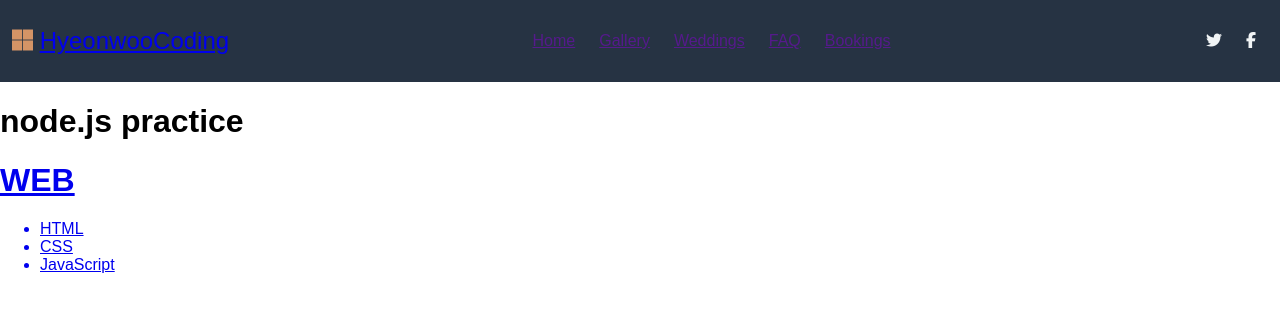
Repository: hhw12409/pracite-node.js
Page: http://localhost/
These files come from the project's save history. The page is drawn as it stood at one moment and after the next save; the edit follows.
The browser window is 1280 px wide. The pictures show the whole page.
Some web fonts or font styles are not loaded; a fallback is used. Some web libraries are served in a nearby version. The page is served by the project's Node server (server.js).

Above is the page before, as saved 2022-04-30 09:59:48.
Not found: main.js

After the next save:
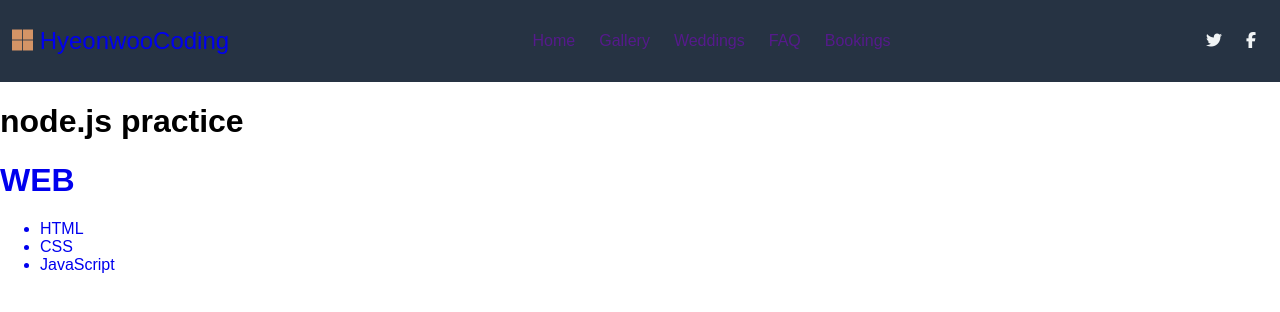
Saved 9 s later.
--- a/public/css/styles.css
+++ b/public/css/styles.css
@@ -10,7 +10,6 @@ body{
   font-family: 'Source Sans Pro', sans-serif;
 }
 
-/* a {
+a {
   text-decoration: none;
-  color:var(--text-color);
-} */
+}
